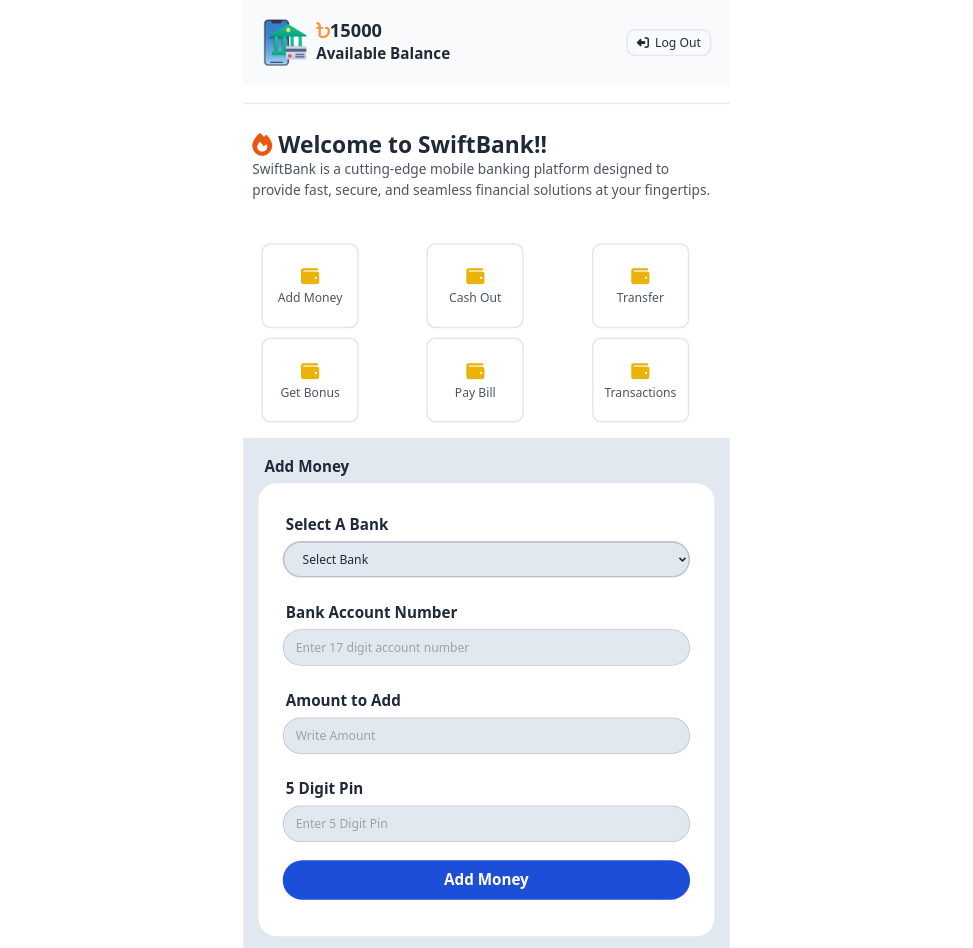
Repository: mukaddam-coder/swift-bank-mobile-banking
Page: home.html
The author's editor kept a copy of each file at every save. The page is drawn from the files as they stood at one save, then again after the next save.
The browser window is 1280 px wide. The pictures show the whole page, at 76% of full size.
Some web libraries are served in a nearby version.

Above is the page before, as saved 2024-12-14 01:57:50.

### home.html
<!DOCTYPE html>
<html lang="en">
<head>
    <meta charset="UTF-8">
    <meta name="viewport" content="width=device-width, initial-scale=1.0">
    <title>SwiftBank</title>
    <!-- Fontawesome CDN -->
    <script src="https://kit.fontawesome.com/c4e7b2ed2f.js" crossorigin="anonymous"></script>
    <!-- Google Fonts -->
    <link rel="preconnect" href="https://fonts.googleapis.com">
    <link rel="preconnect" href="https://fonts.gstatic.com" crossorigin>
    <link href="https://fonts.googleapis.com/css2?family=Montserrat:ital,wght@0,100..900;1,100..900&display=swap" rel="stylesheet">
    <!-- Tailwind + DaisyUi CDN -->
    <link href="https://cdn.jsdelivr.net/npm/daisyui@4.12.19/dist/full.min.css" rel="stylesheet" type="text/css" />
    <script src="https://cdn.tailwindcss.com"></script>

</head>
<body>

<main>
  <div class="w-1/2 mx-auto p-6 bg-slate-50 h-full flex justify-between items-center">
    <div class="flex gap-2">
        <!-- Logo -->
    <div>
    <img class="w-16 h-16" src="images/mobile-banking.png">
    </div>
    <div>
   <h2 class="text-2xl font-bold" id="main-balance">
   <i class="fa-solid fa-bangladeshi-taka-sign text-orange-400"></i>15000</h2>
   <p class="font-semibold text-xl">Available Balance</p>
</div>
</div>
<div>
<button class="border-2 w-28 px-1 py-1 rounded-xl"> <i class="fa-solid fa-right-from-bracket rotate-180 mr-2"></i>Log Out</button>
</div>
        </div>
    <div class="divider w-1/2 mx-auto"></div>
    <!-- Greetings Section -->
        <section class="w-1/2 mx-auto p-3">
            <h1 class="font-bold text-3xl"><i class="fa-solid fa-fire text-orange-600 text-3xl mr-2"></i>Welcome to SwiftBank!!</h1>
            <p class="text-gray-600 text-lg">
                SwiftBank is a cutting-edge mobile banking platform designed to provide fast, secure, and seamless financial solutions at your fingertips.
            </p>
        </section>
     <!-- User Actionable Dashboard -->

     <section class="w-1/2 mx-auto py-8 grid grid-cols-3 gap-3">

            <div class="w-32 h-28 ml-3 p-3">
                <button id="show-add-money-section" class="border-2 w-32 h-28 rounded-xl bg-white text-gray-600">
                    <p>
                <i class="fa-solid fa-wallet text-yellow-500 text-2xl"></i>
                    </p>
                Add Money
            </button>
                </div>
                <div class="w-32 h-28 ml-3 p-3">
                <button id="show-cash-out-section" class="border-2 w-32 h-28 rounded-xl bg-white text-gray-600">
                    <p>
                <i class="fa-solid fa-wallet text-yellow-500 text-2xl"></i>
                    </p>
                Cash Out
            </button>
                </div>
                <div class="w-32 h-28 ml-3 p-3">
                <button id="show-money-transfer-section" class="border-2 w-32 h-28 rounded-xl bg-white text-gray-600">
                    <p>
                <i class="fa-solid fa-wallet text-2xl text-yellow-500"></i>
                    </p>
                Transfer
            </button>
                </div>
                <div class="w-32 h-28 ml-3 p-3">
                <button class="border-2 w-32 h-28 rounded-xl bg-white text-gray-600">
                    <p>
                <i class="fa-solid fa-wallet text-2xl text-yellow-500"></i>
                    </p>
                Get Bonus
            </button>
                </div>
                <div class="w-32 h-28 ml-3 p-3">
                <button class="border-2 w-32 h-28 rounded-xl bg-white text-gray-600">
                    <p>
                <i class="fa-solid fa-wallet text-2xl text-yellow-500"></i>
                    </p>
                Pay Bill
            </button>
                </div>
                <div class="w-32 h-28 ml-3 p-3">
                <button class="border-2 w-32 h-28 rounded-xl bg-white text-gray-600">
                    <p>
                <i class="fa-solid fa-wallet text-2xl text-yellow-500"></i>
                    </p>
                Transactions
            </button>
    </div>
      </section>
      <!-- Add Money Section Start -->
      <section id ="add-money-section" class="w-1/2 mx-auto px-5 py-4 bg-slate-200">
        <h2 class="p-2 font-bold text-xl">Add Money</h2>
        <form class="card-body bg-white rounded-3xl">
            <div class="form-control mb-4">
              <label class="label">
                <span class="label-text font-semibold text-xl">Select A Bank</span>
              </label>
              <select id="bank"  class="input-bordered rounded-full bg-slate-200 h-12 px-5 border-2">
                <option value="Select Bank">Select Bank</option>
                <option value="AB Bank PLC">AB Bank PLC</option>
                <option value="Bangladesh Commerce Bank Limited">Bangladesh Commerce Bank Limited</option>
                <option value="Islami Bank Bangladesh PLC">Islami Bank Bangladesh PLC</option>
                <option value="Dutch-Bangla Bank PLC">Dutch-Bangla Bank PLC</option>
                <option value="Jamuna Bank Limited">Jamuna Bank Limited</option>
                <option value="Trust Bank PLC">Trust Bank PLC</option>
              </select>
              </div>

            <div class="form-control mb-4">
              <label class="label">
                <span class="label-text font-semibold text-xl">Bank Account Number</span>
              </label>
              <input id="input-bank-account-field" type="text" placeholder="Enter 17 digit account number" class="input input-bordered rounded-full bg-slate-200" required />

            </div>
            <div class="form-control mb-4">
              <label class="label">
                <span class="label-text font-semibold text-xl">Amount to Add</span>
              </label>
              <input id="input-amount-field" type="text" placeholder="Write Amount" class="input input-bordered rounded-full bg-slate-200" required />

            </div>
            <div class="form-control mb-4">
              <label class="label">
                <span class="label-text font-semibold text-xl">5 Digit Pin</span>
              </label>
              <input id="input-add-money-pin-number" type="password" placeholder="Enter 5 Digit Pin" class="input input-bordered rounded-full bg-slate-200" required />

            </div>


            <div class="form-control mb-4">
              <button id="btn-add-money" class="bg-blue-700 font-bold text-xl text-white p-3 rounded-full">Add Money</button>
            </div>
          </form>
      </section>
      <!-- Add Money Section End -->

      <!-- Cash Out Section Start -->
      <section id ="cash-out-section" class="hidden w-1/2 mx-auto px-5 py-4 bg-slate-200">
        <h2 class="p-2 font-bold text-xl">Cash Out</h2>
        <form class="card-body bg-white rounded-3xl">
            <div class="form-control mb-4">
              <label class="label">
                <span class="label-text font-semibold text-xl">Agent Number</span>
              </label>
              <input type="number" id="input-cash-out-phone" placeholder="Enter 11 digit number" class="input input-bordered rounded-full bg-slate-200" maxlength="11" required >
              </div>
             <div class="form-control mb-4">
              <label class="label">
                <span class="label-text font-semibold text-xl">Withdrawal Amount</span>
              </label>
              <input id="input-cash-out-field" type="text" placeholder="Write Amount" class="input input-bordered rounded-full bg-slate-200" required />
            </div>
            <div class="form-control mb-4">
              <label class="label">
                <span class="label-text font-semibold text-xl">5 Digit Pin</span>
              </label>
              <input id="input-cash-out-pin-number" type="password" placeholder="Enter 5 Digit Pin" class="input input-bordered rounded-full bg-slate-200" required />
              </div>
          <div class="form-control mb-4">
              <button id="btn-cash-out" class="bg-blue-700 font-bold text-xl text-white p-3 rounded-full">Cash Out</button>
            </div>
          </form>
      </section>
     <!-- Cash Out Section End -->

     <!-- Money Transfer Section Start -->
     <section id ="money-transfer-section" class="hidden w-1/2 mx-auto px-5 py-4 bg-slate-200">
      <h2 class="p-2 font-bold text-xl">Money Transfer</h2>
      <form class="card-body bg-white rounded-3xl">
          <div class="form-control mb-4">
            <label class="label">
              <span class="label-text font-semibold text-xl">User Account Number</span>
            </label>
            <input type="number" id="input-money-transfer-number" placeholder="Enter 11 digit number" class="input input-bordered rounded-full bg-slate-200" maxlength="11" required >
            </div>
           <div class="form-control mb-4">
            <label class="label">
              <span class="label-text font-semibold text-xl">Amount</span>
            </label>
            <input id="input-money-transfer-amount" type="text" placeholder="Enter Amount to transfer" class="input input-bordered rounded-full bg-slate-200" required />
          </div>
          <div class="form-control mb-4">
            <label class="label">
              <span class="label-text font-semibold text-xl">5 Digit Pin</span>
            </label>
            <input id="input-money-transfer-pin" type="password" placeholder="Enter 5 Digit Pin" class="input input-bordered rounded-full bg-slate-200" required />
            </div>
           <div class="form-control mb-4">
            <button id="btn-money-transfer" class="bg-blue-700 font-bold text-xl text-white p-3 rounded-full">Send Now</button>
          </div>
        </form>
    </section>
     <!-- Money Transfer Section End -->

     <!-- Get Bonus Section Start -->
     <section id ="money-transfer-section" class="hidden w-1/2 mx-auto px-5 py-4 bg-slate-200">
      <h2 class="p-2 font-bold text-xl">Get Bonus</h2>
      <form class="card-body bg-white rounded-3xl">
          <div class="form-control mb-4">
            <label class="label">
              <span class="label-text font-semibold text-xl">Bonus Coupon</span>
            </label>
            <input type="number" id="input-bonus-coupon" placeholder="Enter coupon code" class="input input-bordered rounded-full bg-slate-200" maxlength="11" required >
            </div>

           <div class="form-control mb-4">
            <button id="btn-money-transfer" class="bg-blue-700 font-bold text-xl text-white p-3 rounded-full">Get Bonus</button>
          </div>
        </form>
    </section>
     <!-- Get Bonus Section End -->
      <script src="Jscript/utilities.js"></script>
      <script src="Jscript/add-money.js"></script>
      <script src="Jscript/cash-out.js"></script>
      <script src="Jscript/features.js"></script>
      <script src="Jscript/money-transfer.js"></script>
       </main>

</body>
</html>

### Jscript/utilities.js
function getInputFieldValueById(id){
    const inputValue = document.getElementById(id).value;
    const inputNumber = parseFloat(inputValue);
    return inputNumber;
}


function getTextFieldValueById(id){
    const textValue = document.getElementById(id).innerText;
    const textNumber = parseFloat(textValue);
    return textNumber;
}

function showSectionById(id){
    // Hide all the section
    document.getElementById('add-money-section').classList.add('hidden');
    document.getElementById('cash-out-section').classList.add('hidden');
//    Show the section with provided id
    document.getElementById(id).classList.remove('hidden');
};

### Jscript/add-money.js
document.getElementById('btn-add-money').addEventListener('click', function(event){
    event.preventDefault();
   const addMoney = getInputFieldValueById('input-amount-field');
   const pinNumber = getInputFieldValueById('input-add-money-pin-number');
   const bankAccNumber = getInputFieldValueById('input-bank-account-field');
   const mainBalance = getTextFieldValueById('main-balance');

    if(isNaN(addMoney)){
        alert('Please enter a positive number to add money.');
        return;
    }

    if(addMoney <= 0 ){
        alert('Please enter a positive number to add money.')
    }

   if(pinNumber === 19945 && bankAccNumber === 20501400204694805){
        const newBalance = mainBalance + addMoney;
        document.getElementById('main-balance').innerText = newBalance;
   }
   else{
    alert('Failed to add money!Please try again.')
   }
})

### Jscript/cash-out.js
document.getElementById('btn-cash-out').addEventListener('click', function(event){
    event.preventDefault();
    const cashOut = getInputFieldValueById('input-cash-out-field');
    const cashOutPin = getInputFieldValueById('input-cash-out-pin-number');
    const agentNumber = getInputFieldValueById('input-cash-out-phone');


    if(isNaN(cashOut)){
        alert('Please enter a positive number to cash out.')
        return;
    }
    if(cashOut <= 0){
        alert('Please enter a valid amount to cash out.')
        return;
    }

    if(cashOut > mainBalance){
        alert('You do not have sufficient balance to cash out.');
        return;
    }

    if(cashOutPin === 19945 && agentNumber === 1735109219){
        const mainBalance = getTextFieldValueById('main-balance');
        const newBalance = mainBalance - cashOut;
     document.getElementById('main-balance').innerText = newBalance;
    }
    else{
        alert('Failed to cash out! Please try again.')
    }
})

### Jscript/features.js

// The add money section will show when the add money button is clicked.
document.getElementById('show-add-money-section').addEventListener('click', function(){
    showSectionById('add-money-section');
});

// The cash-out section will show when the cash-out button is clicked.
document.getElementById('show-cash-out-section').addEventListener('click', function(){
    showSectionById('cash-out-section')
});

// The money transfer section will show when the money transfer button is clicked.

document.getElementById('show-money-transfer-section').addEventListener('click', function(){
    showSectionById('money-transfer-section');
})

### Jscript/money-transfer.js
document.getElementById('btn-money-transfer').addEventListener('click', function(event){
      event.preventDefault();
      const userAccountNumber = getInputFieldValueById('input-money-transfer-number');
      const transferMoneyAmount = getInputFieldValueById('input-money-transfer-amount');
      const transferMoneyPin = getInputFieldValueById('input-money-transfer-pin');

      const mainBalance = getTextFieldValueById('main-balance');

    //   Validate transfer money
      if(isNaN(transferMoneyAmount)){
        alert('Please enter a positive number to transfer money.');
        return;
      }

      if(transferMoneyAmount <= 0){
        alert('Please enter a valid amount to transfer money.');
        return;
      }

      if(transferMoneyAmount > mainBalance){
        alert('You do not have sufficient balance to transfer.')
      }

      if(transferMoneyPin === 19945 && userAccountNumber === 1621414498){

        const newBalance = mainBalance - transferMoneyAmount;
        document.getElementById('main-balance').innerText = newBalance;
      }
      else{
        alert('Failed to transfer money! Please try again.')
      }
})

After the next save:
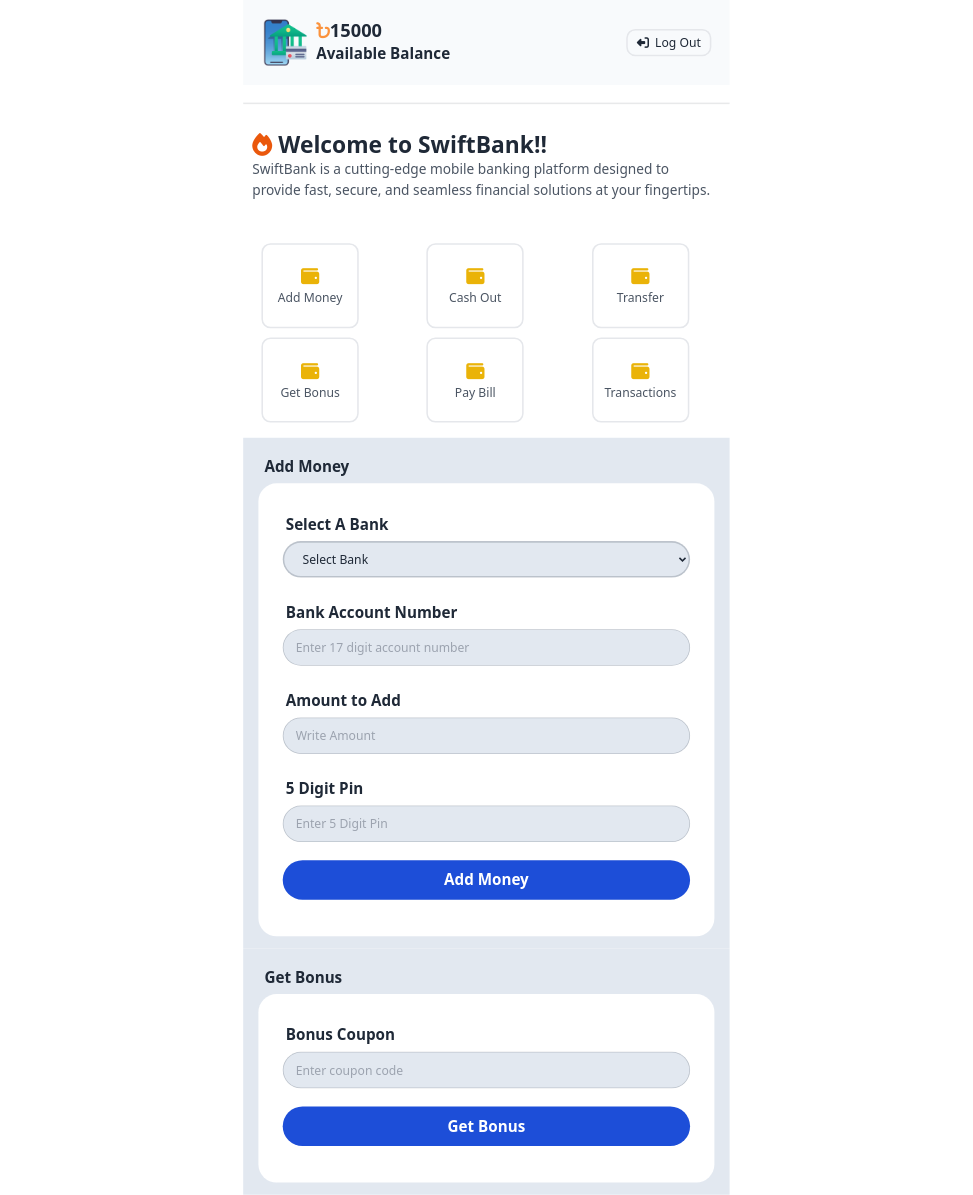
Saved 18 s later.
--- a/home.html
+++ b/home.html
@@ -203,7 +203,7 @@
      <!-- Money Transfer Section End -->
 
      <!-- Get Bonus Section Start -->
-     <section id ="money-transfer-section" class="hidden w-1/2 mx-auto px-5 py-4 bg-slate-200">
+     <section id ="money-transfer-section" class="w-1/2 mx-auto px-5 py-4 bg-slate-200">
       <h2 class="p-2 font-bold text-xl">Get Bonus</h2>
       <form class="card-body bg-white rounded-3xl">
           <div class="form-control mb-4">
